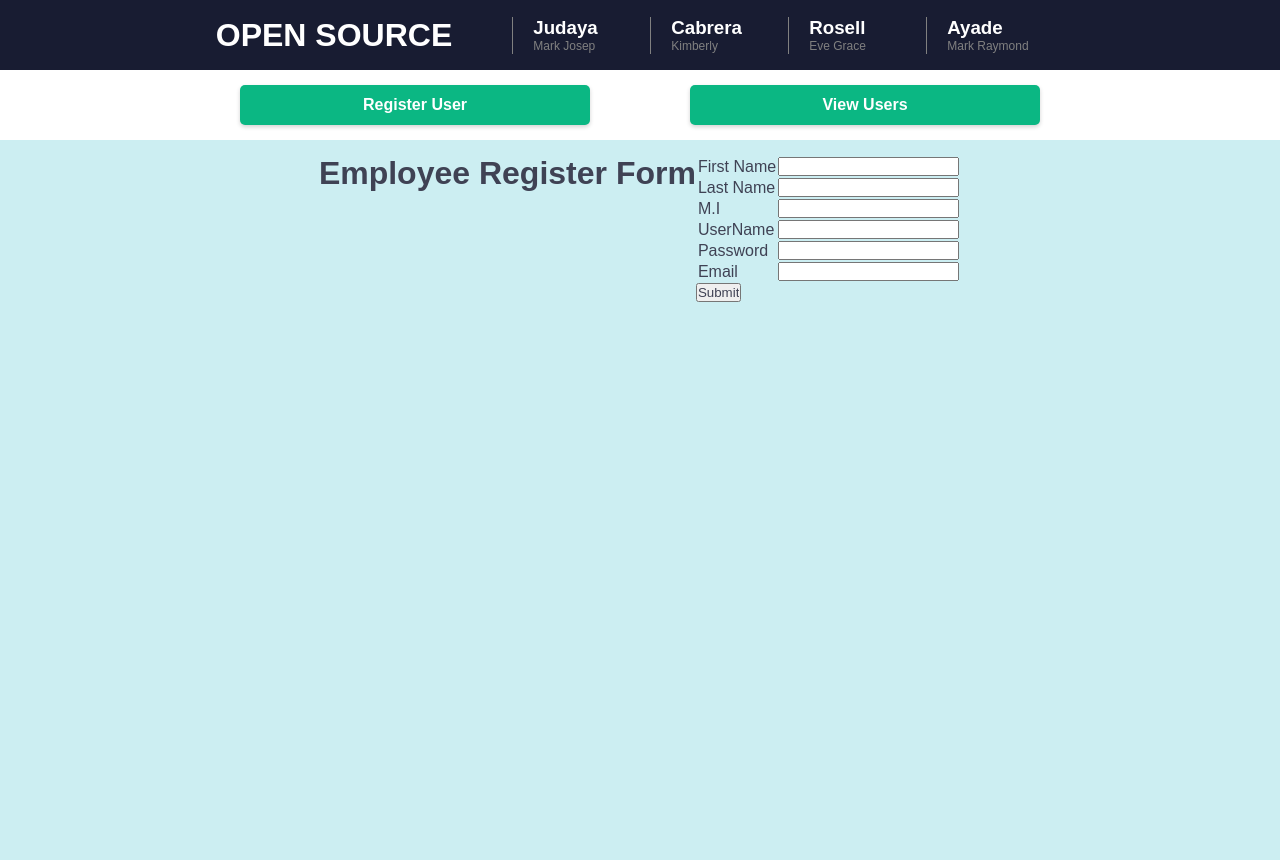
Repository: azkalonz/Int-Prog-2
Page: http://localhost/Int_Prog_2/register?page=register
These files come from the project's save history. The page is drawn as it stood at one moment and after the next save; the edit follows.
The browser window is 1280 px wide. The pictures show the whole page.
The page is served by Tomcat 9.

Above is the page before, as saved 2021-03-02 10:58:41.

After the next save:
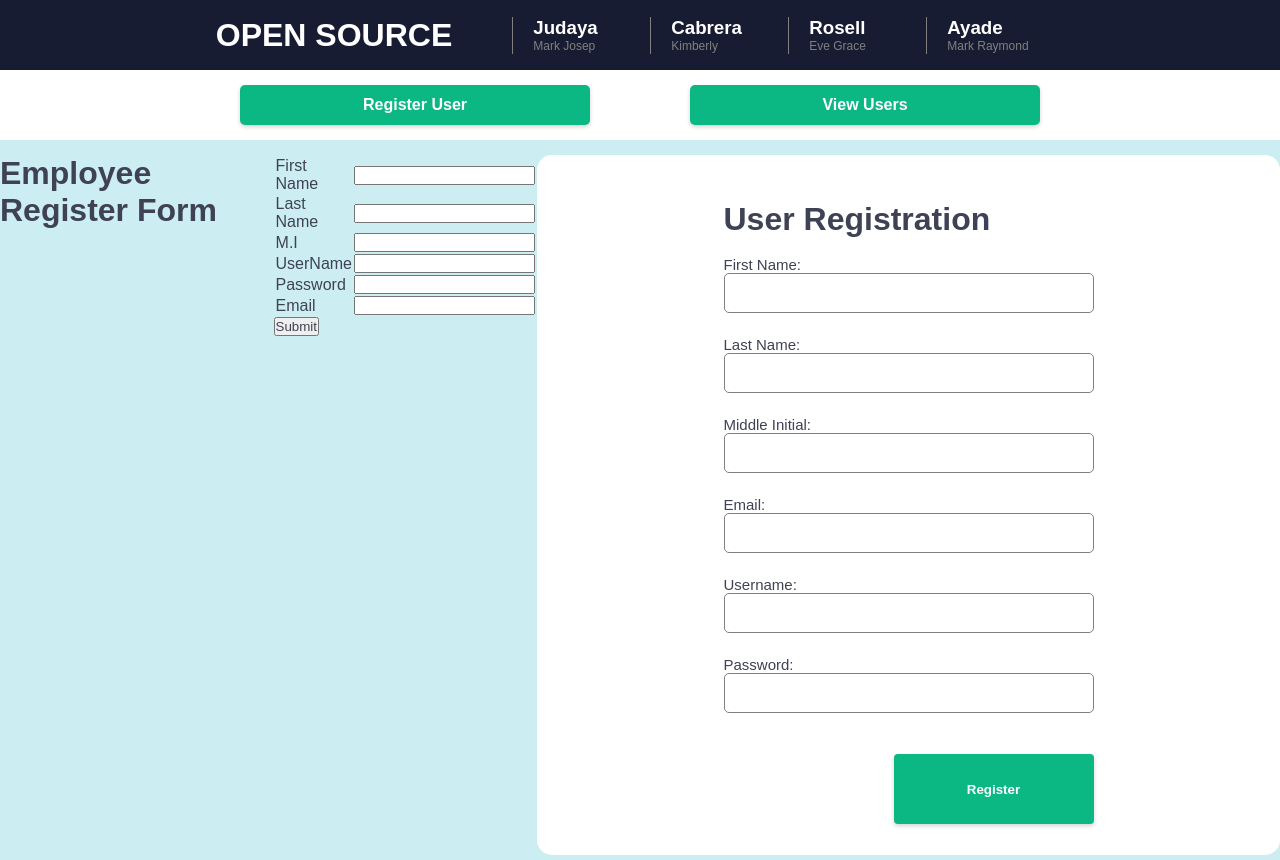
Saved 37 s later.
--- a/Int Prog 2/WebContent/WEB-INF/views/register.jsp
+++ b/Int Prog 2/WebContent/WEB-INF/views/register.jsp
@@ -1,6 +1,6 @@
 <jsp:include page="/WEB-INF/layout/header.jsp" />
   <h1>Employee Register Form</h1>
-  <form action="<%= request.getContextPath() %>/register" method="post">
+  <form >
    <table style="with: 80%">
     <tr>
      <td>First Name</td>
@@ -29,4 +29,36 @@
    </table>
    <input type="submit" value="Submit" />
   </form>
+  <div class="formCon">
+            <form action="<%= request.getContextPath() %>/register" method="post">
+                <h1>User Registration</h1>
+                <br>
+                <div class="inputCon">
+                    <span>First Name: </span>
+                    <input type="text" name="firstname">
+                </div>
+                <div class="inputCon">
+                    <span>Last Name:</span>
+                    <input type="text" name="lastname">
+                </div>
+                <div class="inputCon">
+                    <span>Middle Initial: </span>
+                    <input type="text" name="mi">
+                </div>
+                <div class="inputCon">
+                    <span>Email: </span>
+                    <input type="text" name="email">
+                </div>
+                <div class="inputCon">
+                    <span>Username: </span>
+                    <input type="text" name="username">
+                </div>
+                <div class="inputCon">
+                    <span>Password: </span>
+                    <input type="text" name="password">
+                </div>
+                <br>
+                <button>Register</button>
+            </form>
+        </div>
 <jsp:include page="/WEB-INF/layout/footer.jsp" />
